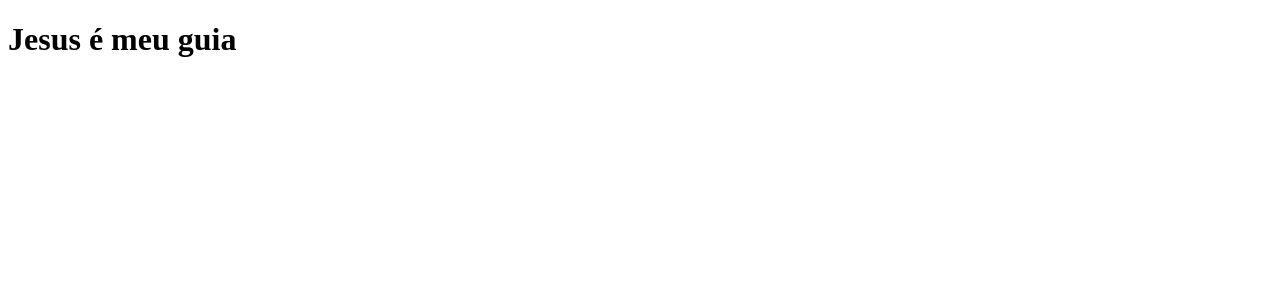
Repository: lcluizrj/meu-projeto-vscode
Page: / (app in cadastro-usuarios-devclub/)
An editor plug-in stored every save of this project. The page is shown before and after the next save, followed by the edit.
The browser window is 1280 px wide. The pictures show the whole page.
The project was rebuilt for these pictures with package versions that can differ from the ones it lists, and the page was loaded fresh each time. Also part of the build but not shown: cadastro-usuarios-devclub/vite.config.js.

Above is the page before, as saved 2026-08-11 18:07:04.

After the next save:
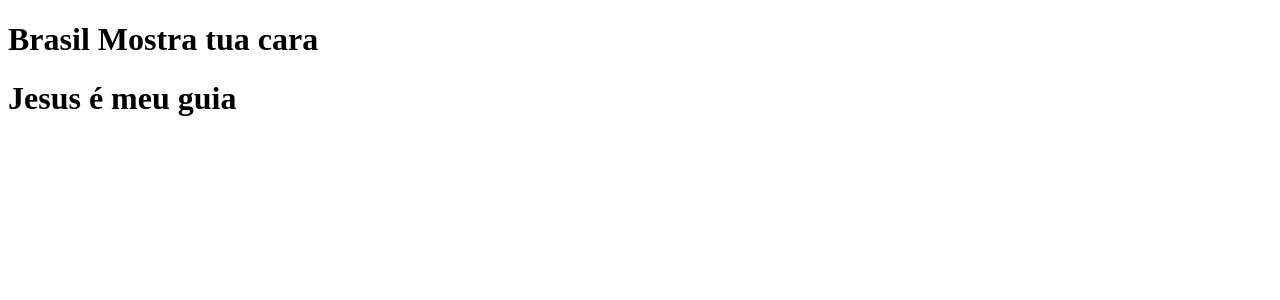
Saved 8 s later.
--- a/cadastro-usuarios-devclub/src/App.jsx
+++ b/cadastro-usuarios-devclub/src/App.jsx
@@ -2,7 +2,7 @@
 const mytext = "Jesus é meu guia"
 return (
   <div>
-    <h1></h1>
+    <h1>Brasil Mostra tua cara</h1>
     <h1>{mytext}</h1>
   </div>
 )
